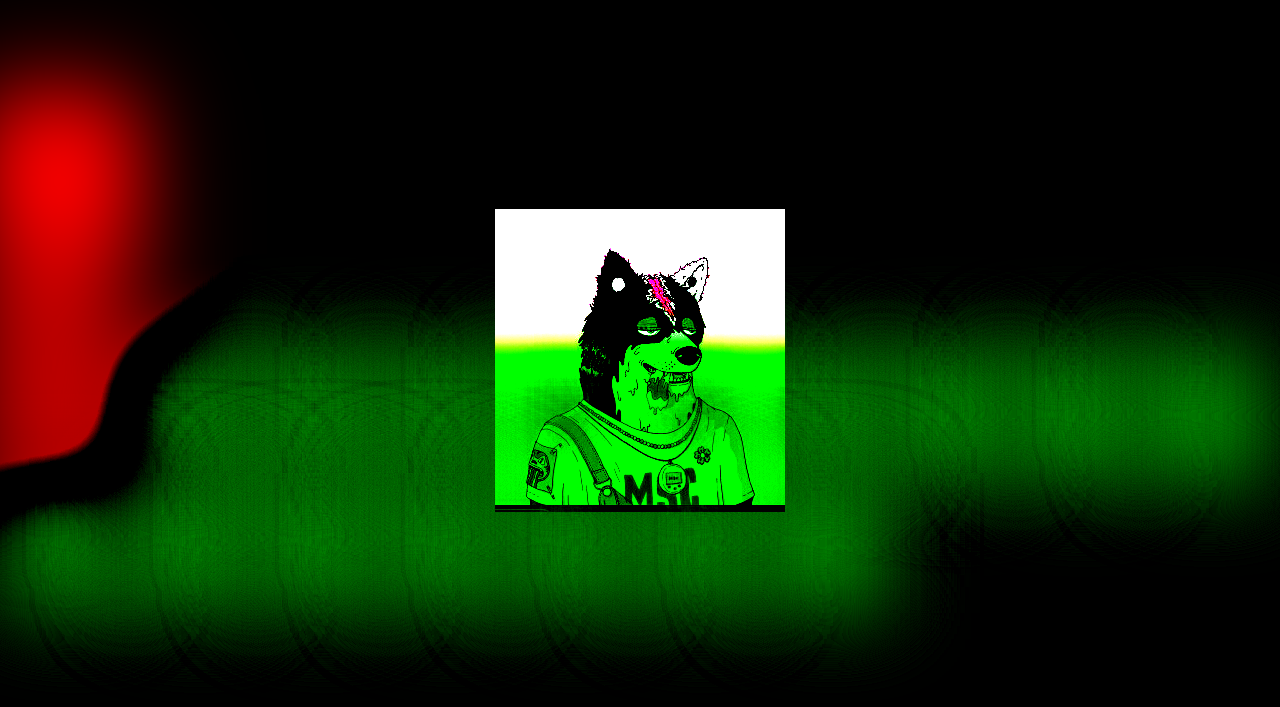
Repository: CSituma/MSCfanArt
Page: index.html
An editor plug-in stored every save of this project. The page is shown before and after the next save, followed by the edit.
The browser window is 1280 px wide. The pictures show the whole page.
Some web libraries are served in a nearby version.

Above is the page before, as saved 2022-02-18 03:12:03.

### index.html
<!DOCTYPE html>
<html lang="en">
<head>
    <meta charset="UTF-8">
    <meta name="viewport" content="width=device-width, initial-scale=1.0">
    <link rel="stylesheet" href="style.css">
    <title>COLOR THE MUTANT SHIBA</title>
</head>
<body>
    <section class="MSC_Squad">
        <div class="container">
            <div class="Alpha">
<div class="Berry"></div>
            <div class="Gaba"></div>
            <div class="LordSlabs"></div>

            </div>

            <div class="Vikingz"></div>
            <div class="cam"></div>
            <div class="Krmblnuggs"></div>
            <div class="shotguntobi"></div>
            <div clas="Obo"></div>
            <div class="Shucks"></div>
            <div clas="Ali"></div>
            <div clas="cawee"></div>
            <div clas="cheese"></div>
            <div clas="Happy"></div>
            <div clas="Jake"></div>
            <div clas="Jpegg"></div>
            <div clas="Kishu"></div>
            <div clas="Noah"></div>
            <div clas="Smarter"></div>
            <div clas="Tia"></div>
        </div>
    </section>
    <script src="https://code.jquery.com/jquery-3.5.1.js"></script>
    <script src="https://code.jquery.com/ui/1.12.1/jquery-ui.js"></script>
    <script>
        $(function() {
            $(".container div").draggable();
        });
    </script>
</body>
</html>

### style.css
* {
    margin: 0;
    padding: 0;
    box-sizing: border-box;
}

body{
    background-color: black;
}
section {
    width: 100%;
    height: 100vh;

    display: flex;
    align-items: center;
    background: url('Images/MSC.JPG') center no-repeat;
    filter: contrast(10);
    overflow: hidden;
    justify-content: center;
}

.container div {
    width: 140px;
    filter: blur(40px);
    height: 140px;
    background: green;
    display: inline-block;
    border-bottom-left-radius: 50px;

    animation: animate 30s ease-in-out infinite;
}

.Alpha div{
    width: 140px;

    height: 140px;

    display: inline-block;
    border-bottom-left-radius: 50px;
    background: red;
}
@keyframes animate {

    0% {
        margin: 10px;
    }

    20% {
        margin: -10px;
    }
    40% {
        margin: -20px;
    }
    60% {
        margin: -30px;
    }
    80% {
        margin: -10px;
    }

    100% {
        margin: 10px;
    }

}

After the next save:
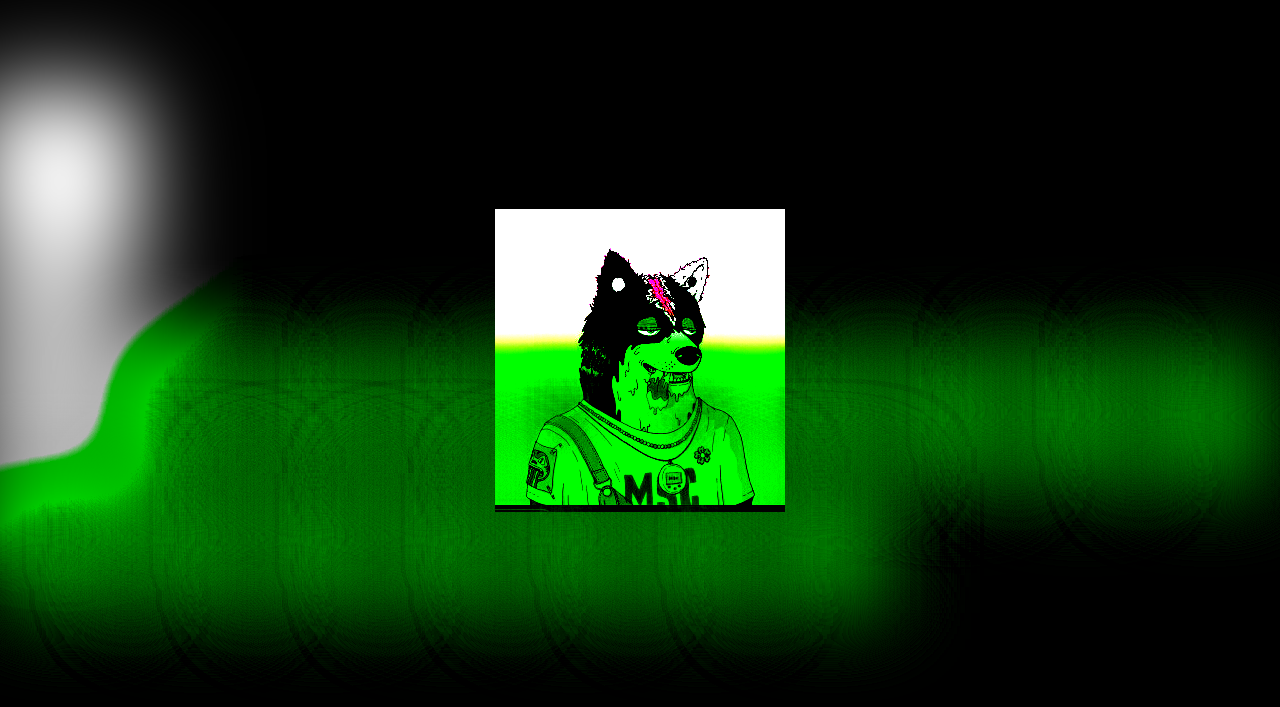
Saved 40 s later.
--- a/style.css
+++ b/style.css
@@ -37,7 +37,7 @@
 
     display: inline-block;
     border-bottom-left-radius: 50px;
-    background: red;
+    background:white;
 }
 @keyframes animate {
 

After the save that followed:
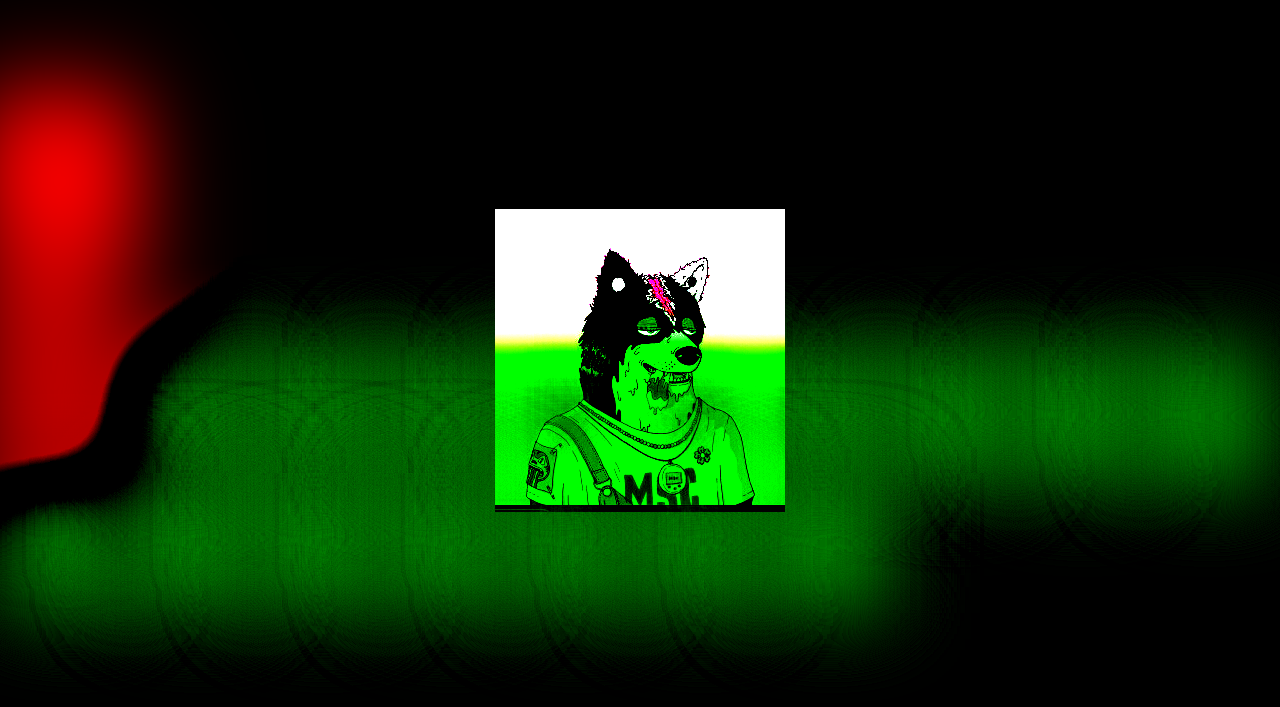
Saved 39 s later.
--- a/style.css
+++ b/style.css
@@ -37,7 +37,7 @@
 
     display: inline-block;
     border-bottom-left-radius: 50px;
-    background:white;
+    background:red;
 }
 @keyframes animate {
 
